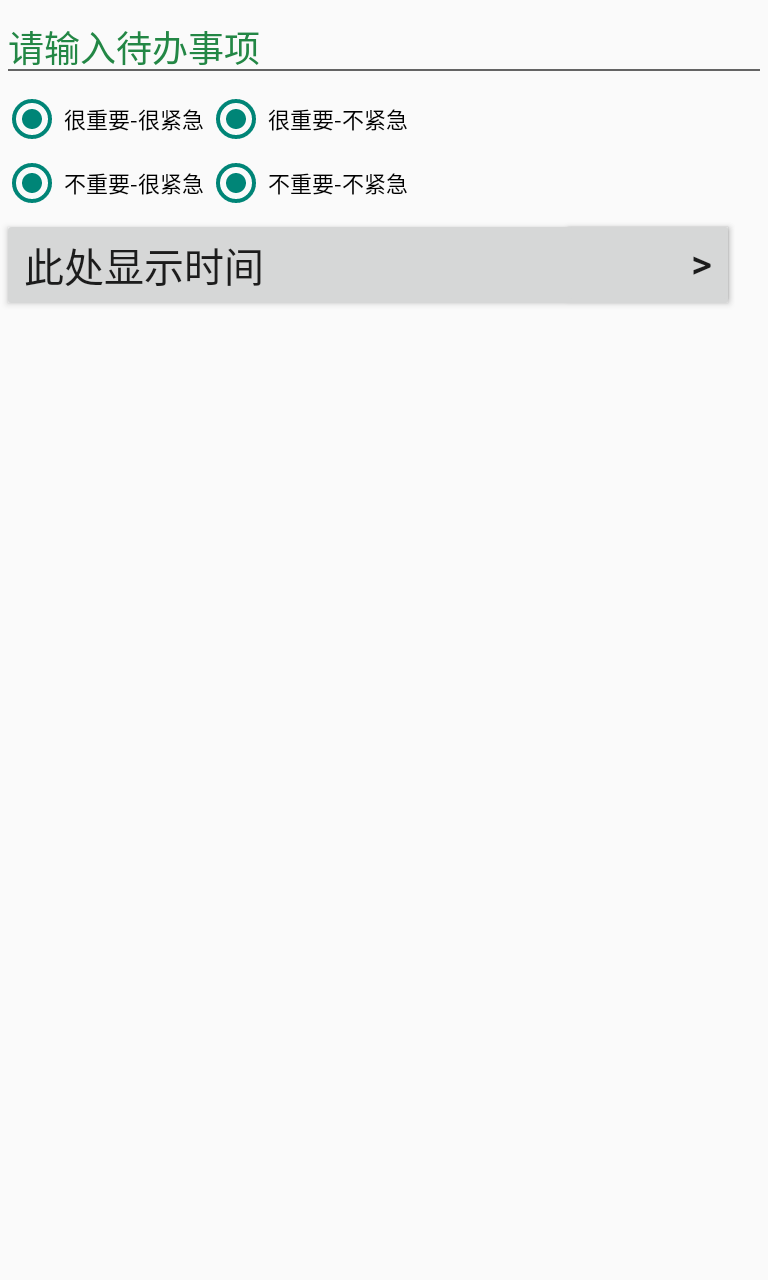
Repository: sh-zh-en/NBTodo
Layout: nbtodo/NBTodo/res/layout/addition_task_layout.xml
An editor plug-in stored every save of this project. The layout is shown before and after the next save, followed by the edit.
It is drawn on a 768 x 1280 px phone screen (xhdpi) without system bars, with theme AppTheme; the app's code is not run.

Above is the layout before, as saved 2015-02-12 18:13:50.

After the next save:
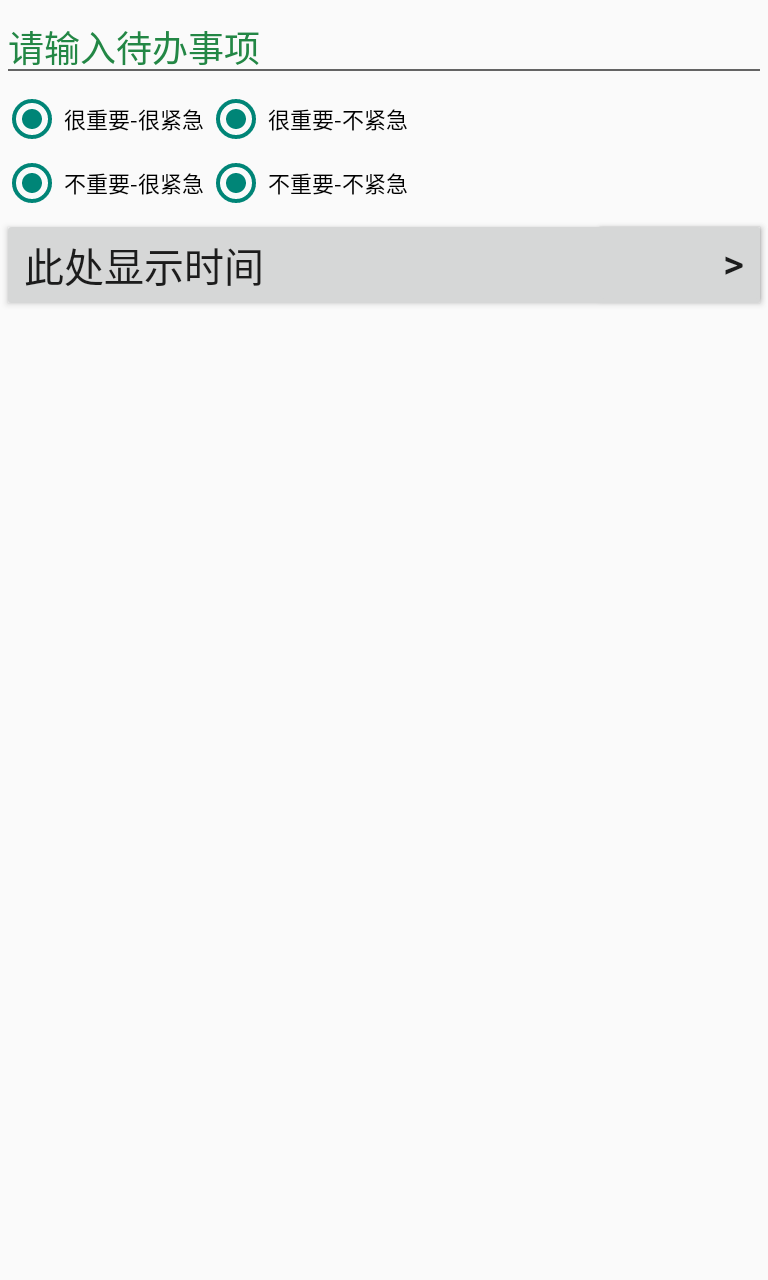
Saved 3 min 21 s later.
--- a/nbtodo/NBTodo/res/layout/addition_task_layout.xml
+++ b/nbtodo/NBTodo/res/layout/addition_task_layout.xml
@@ -91,7 +91,7 @@
         android:layout_width="match_parent"
         android:layout_height="match_parent"
         android:layout_gravity="bottom"
-        android:layout_marginRight="@dimen/abc_action_bar_icon_vertical_padding_material"
+		android:weightSum="2"
         android:orientation="vertical" >
 
 		<Button
